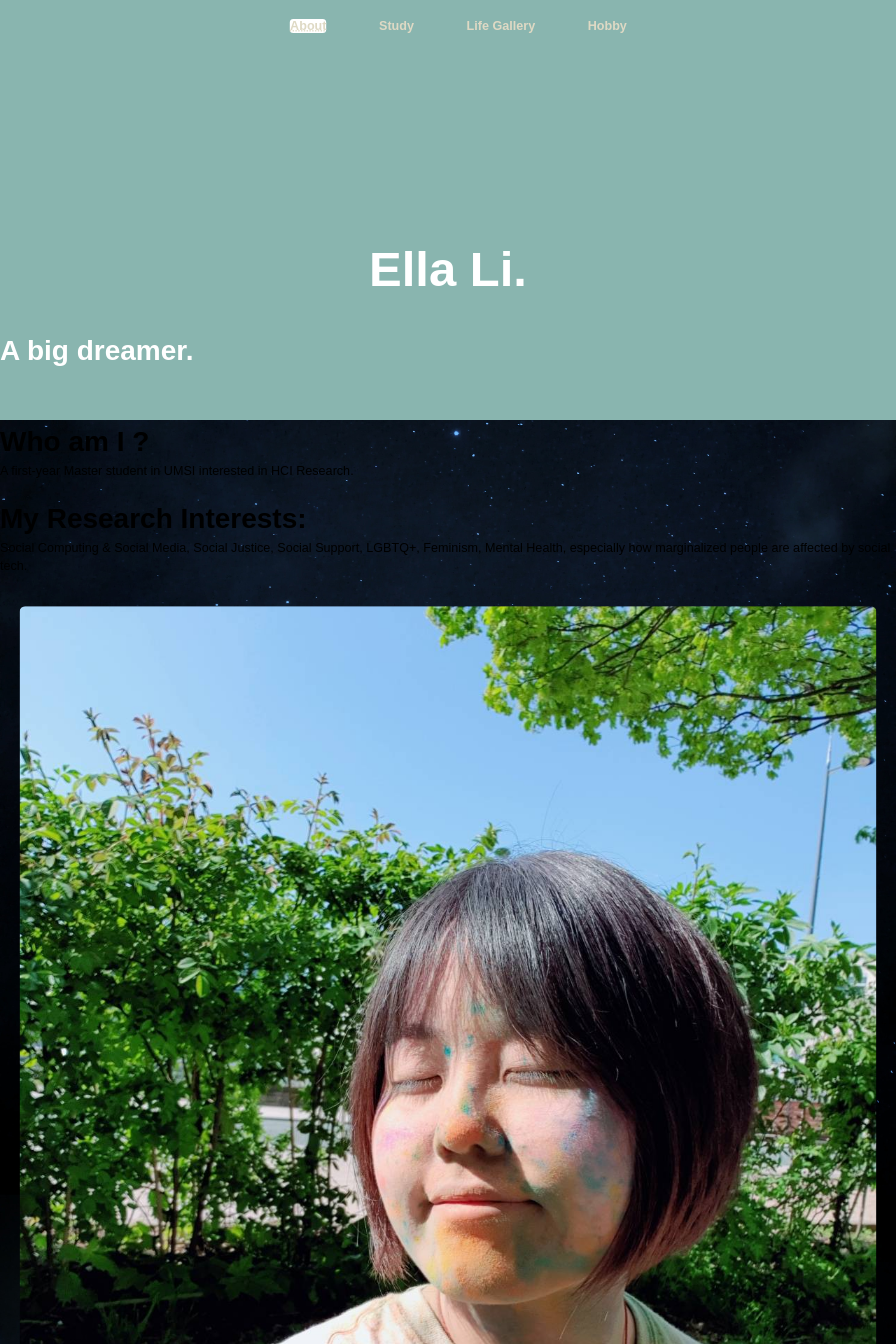
Repository: jiaqili0803/SI_539
Page: project/about.html
The author's editor kept a copy of each file at every save. The page is drawn from the files as they stood at one save, then again after the next save.
The browser window is 1280 px wide. The pictures show the part of the page from y = 0 to 1920 px (the page is 13355 px tall), at 70% of full size.
Backgrounds fixed to the window are drawn as part of the page.

Above is the page before, as saved 2021-12-10 17:22:37.

After the next save:
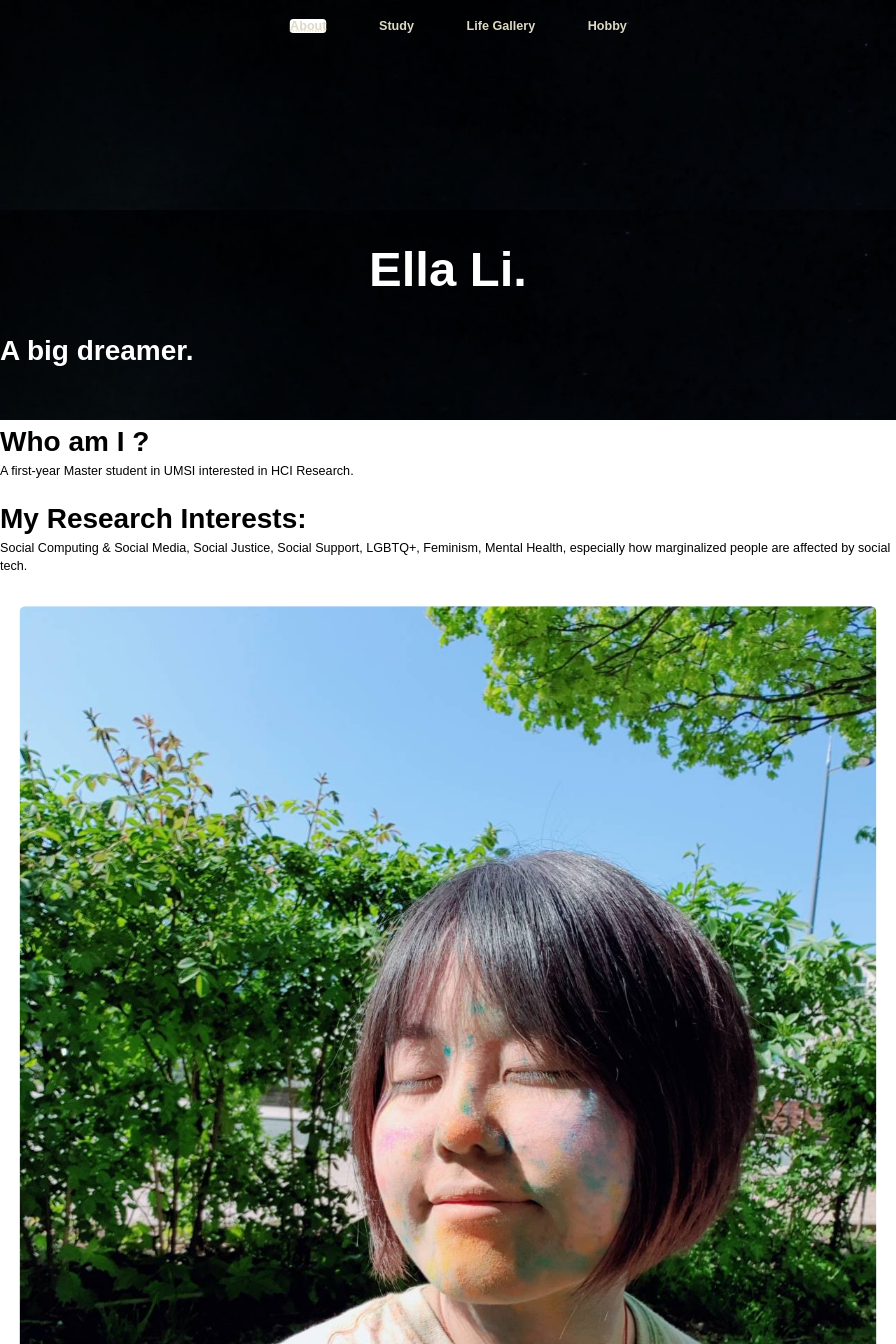
Saved 12 s later.
--- a/project/css/style.css
+++ b/project/css/style.css
@@ -1,6 +1,6 @@
 body{
   /* background-color: #89B5AF; */
-  background-image: url("../img/bgimage/universe.jpg");
+
   font-size: 18px;
   line-height: 1.4em;
   margin: auto;
@@ -20,7 +20,8 @@ header{
 
   grid-column: 1/-1;
   grid-row: 1/span 1;
-  background: #89B5AF;
+  /* background: #89B5AF; */
+  background-image: url("../img/bgimage/universe.jpg");
 }
 
 
